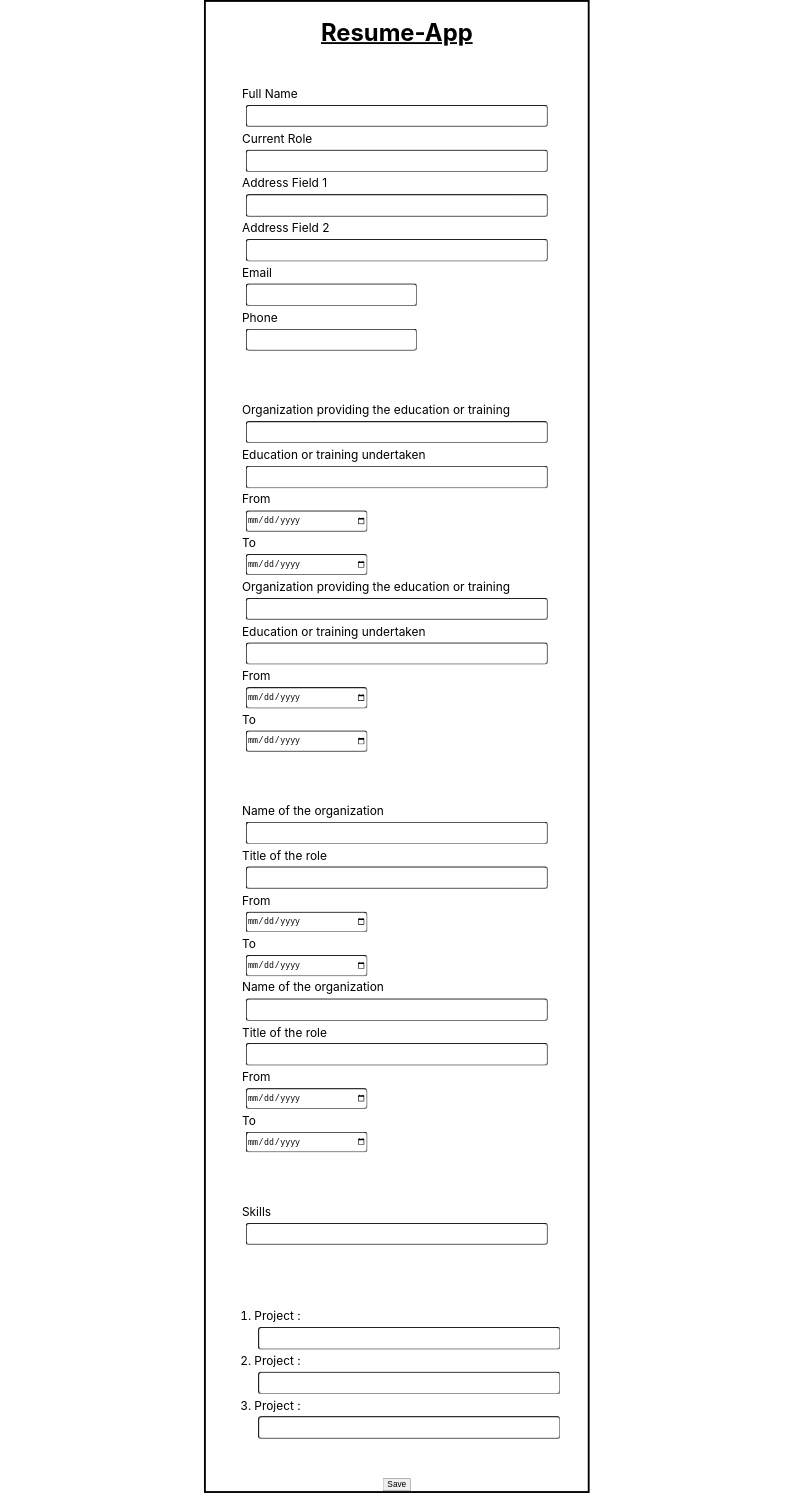
Repository: 0101chaitanya/resume-app
Page: /
The author's editor kept a copy of each file at every save. The page is drawn from the files as they stood at one save, then again after the next save.
The browser window is 1280 px wide. The pictures show the whole page, at 62% of full size.
The project was rebuilt for these pictures with package versions that can differ from the ones it lists, and the page was loaded fresh each time.

Above is the page before, as saved 2021-07-28 15:52:51.

After the next save:
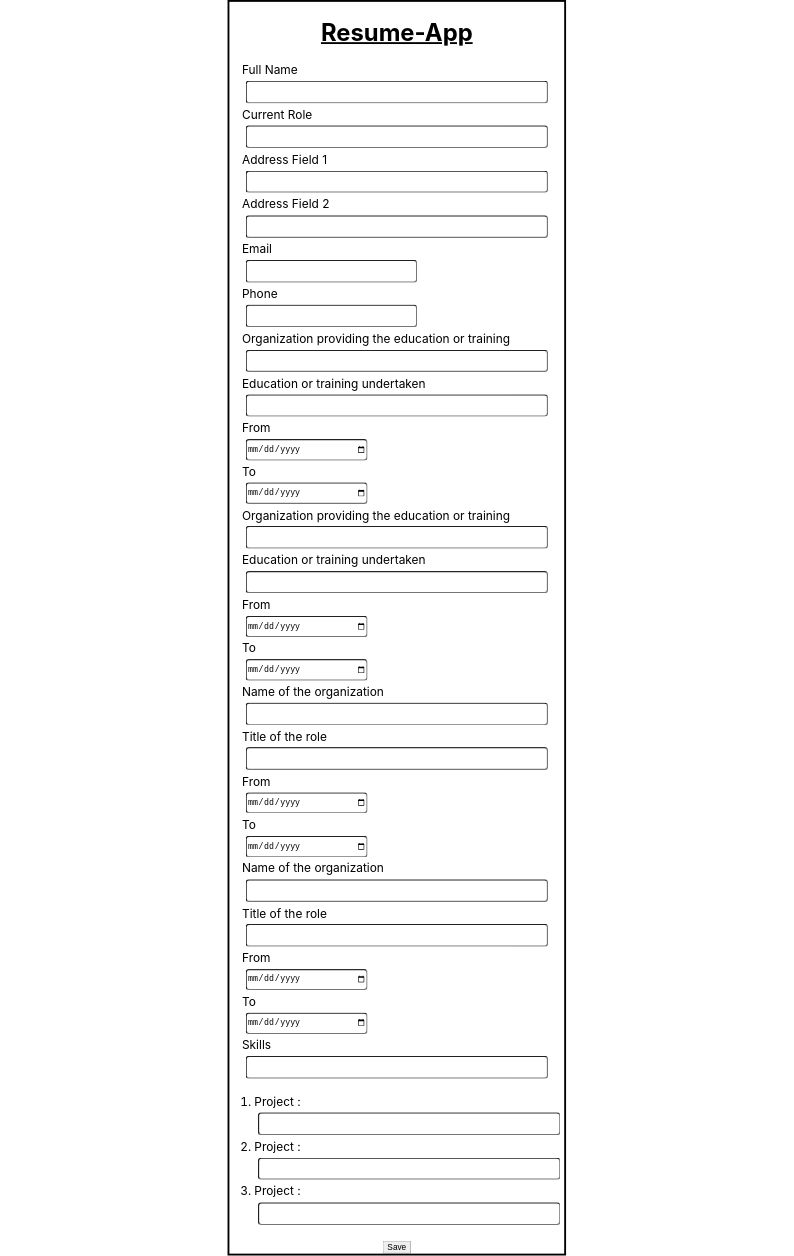
Saved 15 s later.
--- a/src/App.css
+++ b/src/App.css
@@ -39,12 +39,6 @@
 
   margin: 0.3rem;
 }
-.section {
-  margin: 2rem;
-  display: flex;
-  flex-direction: column;
-  justify-content: center;
-}
 form {
   display: flex;
   flex-direction: column;

After the save that followed:
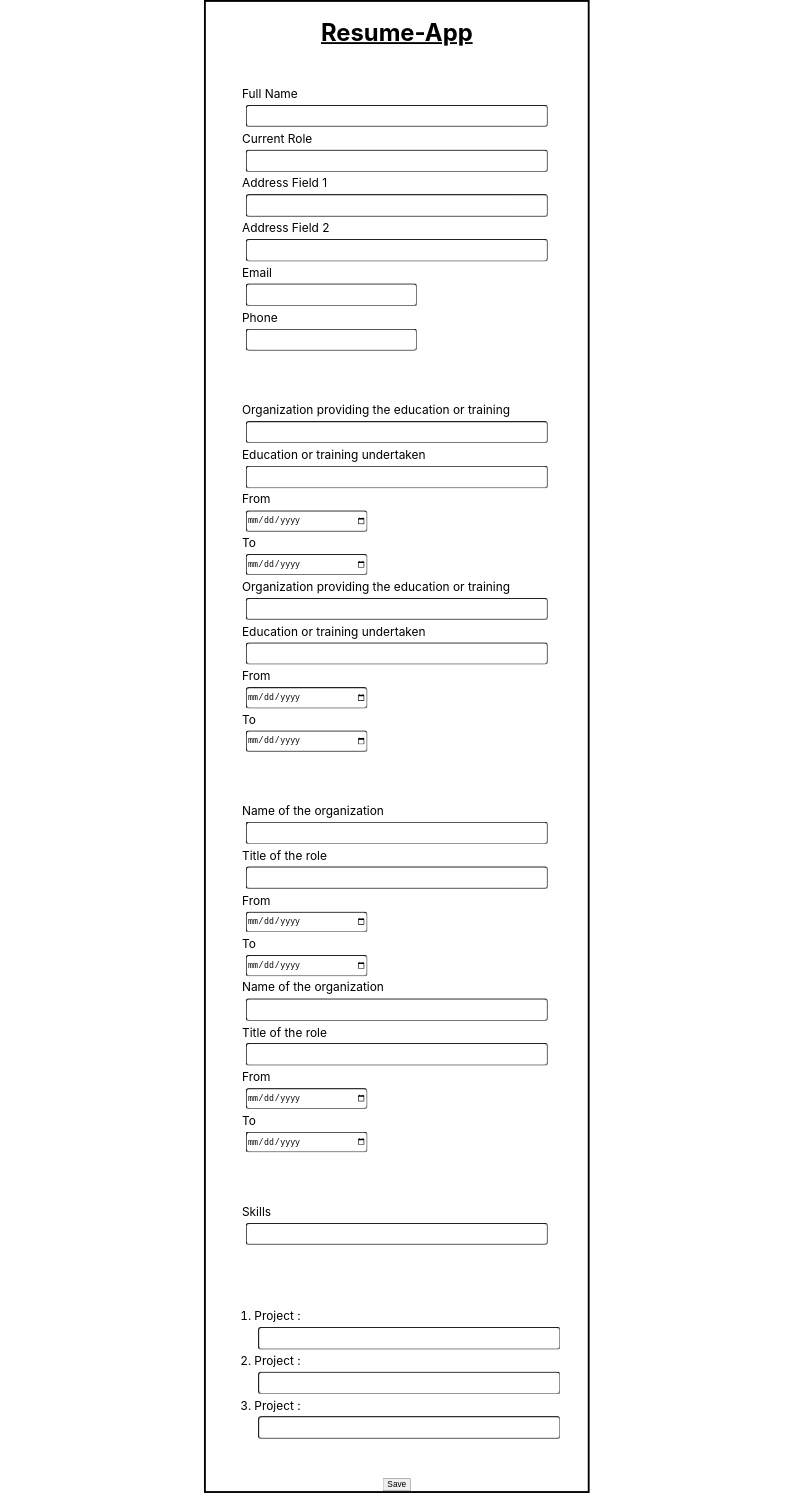
Saved 5 s later.
--- a/src/App.css
+++ b/src/App.css
@@ -39,6 +39,12 @@
 
   margin: 0.3rem;
 }
+.section {
+  margin: 2rem;
+  display: flex;
+  flex-direction: column;
+  justify-content: center;
+}
 form {
   display: flex;
   flex-direction: column;
